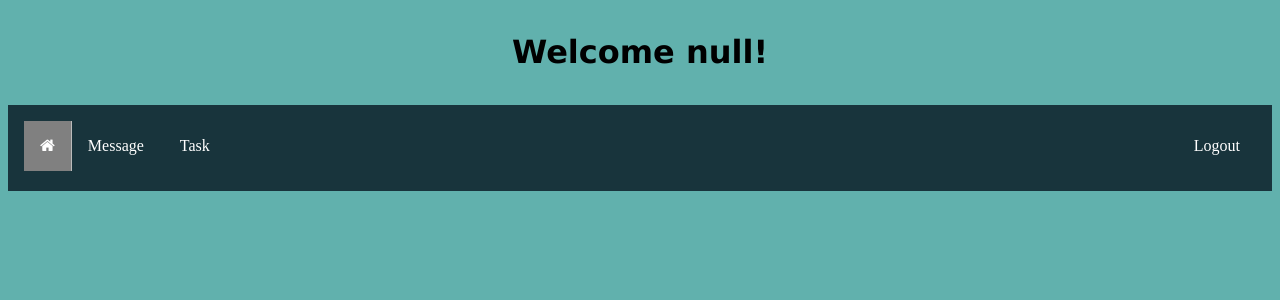
Repository: orsolyanemet/WebProject
Page: http://localhost/Project/userhome.jsp
The author's editor kept a copy of each file at every save. The page is drawn from the files as they stood at one save, then again after the next save.
The browser window is 1280 px wide. The pictures show the whole page.
The page is served by Tomcat 9. Nobody is signed in. The application's start-up code is not run. Other server files are loaded and not shown.

Above is the page before, as saved 2018-06-11 21:03:53.

### Project/WebContent/userhome.jsp
<!--Nemet Orsolya, noim1553, 532/1 csoport, Project -->
<!DOCTYPE html>
<html>
<head>
<title>Event Organizer</title>
<meta name="viewport" content="width=device-width, initial-scale=1">
<link rel="stylesheet"
	href="https://cdnjs.cloudflare.com/ajax/libs/font-awesome/4.7.0/css/font-awesome.min.css">
<link rel="stylesheet" type="text/css" href="styles/userhome.css">
</head>
<body>
	<h1>
		Welcome
		<%
		out.print(request.getSession().getAttribute("logedUsername"));
	%>!
	</h1>
	<ul>
		<li><a class="active" href="userhome.jsp"><i class="fa fa-home"></i></a></li>
		<div class="dropdown">
			<li class="dropbtn"><a href="">Message</a>
				<div class="dropdown-content">
					<a href=""><i class="fa fa-envelope-o"></i> Inbox</a> <a href=""><i class="fa fa-trash-o"></i>
						Trash</a>
				</div></li>
		</div>
		<div class="dropdown">
			<li class="dropbtn"><a href="">Task</a>
				<div class="dropdown-content">
					<a href="admin/Send.jsp">Send</a> <a href="admin/Inbox.jsp">Inbox</a>
				</div></li>
		</div>
		<li class="right" onclick="logout('')"><a href="">Logout</a></li>
	</ul>
</body>
</html>

### Project/WebContent/styles/userhome.css
/*Nemet Orsolya, noim1553, 532 csoport*/
/*Project*/
body {
	background-color: #61b1ad;
}

h1 {
	text-align: center;
	font-family: Verdana;
	padding: 12px 20px;
}

h2, h3, h4 {
	font-family: Verdana;
}

ul {
	list-style-type: none;
	margin: 0;
	padding: 16px 16px;
	overflow: hidden;
	background-color: #18343c;
}

li {
	float: left;
	border-right: 1px solid #bbb;
}

li:last-child {
	border-right: none;
}

li a {
	display: block;
	color: white;
	text-align: center;
	padding: 16px 16px;
	text-decoration: none;
}

li a:hover:not (.active ) {
	background-color: #A9A9A9;
}

.active {
	background-color: #808080;
}

.right {
	float: right;
}

.dropbtn {
	color: white;
	font-size: 16px;
	border: none;
	cursor: pointer;
}

.dropdown {
	position: relative;
	display: inline-block;
}

.dropdown-content {
	display: none;
	position: fixed;
	background-color: #18343c;
	color: white;
	min-width: 80px;
	box-shadow: 0px 8px 16px 0px rgba(0, 0, 0, 0.2);
	z-index: 10;
}

.dropdown-content a {
	color: white;
	padding: 12px 16px;
	text-decoration: none;
	display: block;
}

.dropdown-content a:hover {
	background-color: #A9A9A9
}

.dropdown:hover .dropdown-content {
	display: block;
}

After the next save:
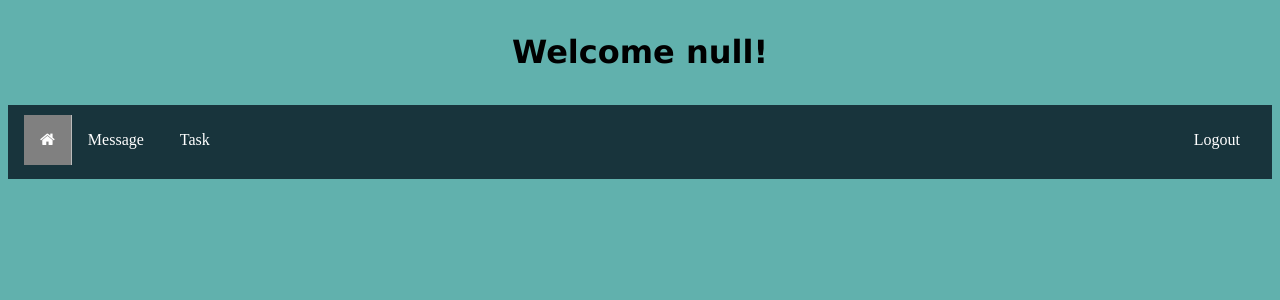
Saved 12 s later.
--- a/Project/WebContent/styles/userhome.css
+++ b/Project/WebContent/styles/userhome.css
@@ -17,7 +17,7 @@ h2, h3, h4 {
 ul {
 	list-style-type: none;
 	margin: 0;
-	padding: 16px 16px;
+	padding: 10px 16px;
 	overflow: hidden;
 	background-color: #18343c;
 }
